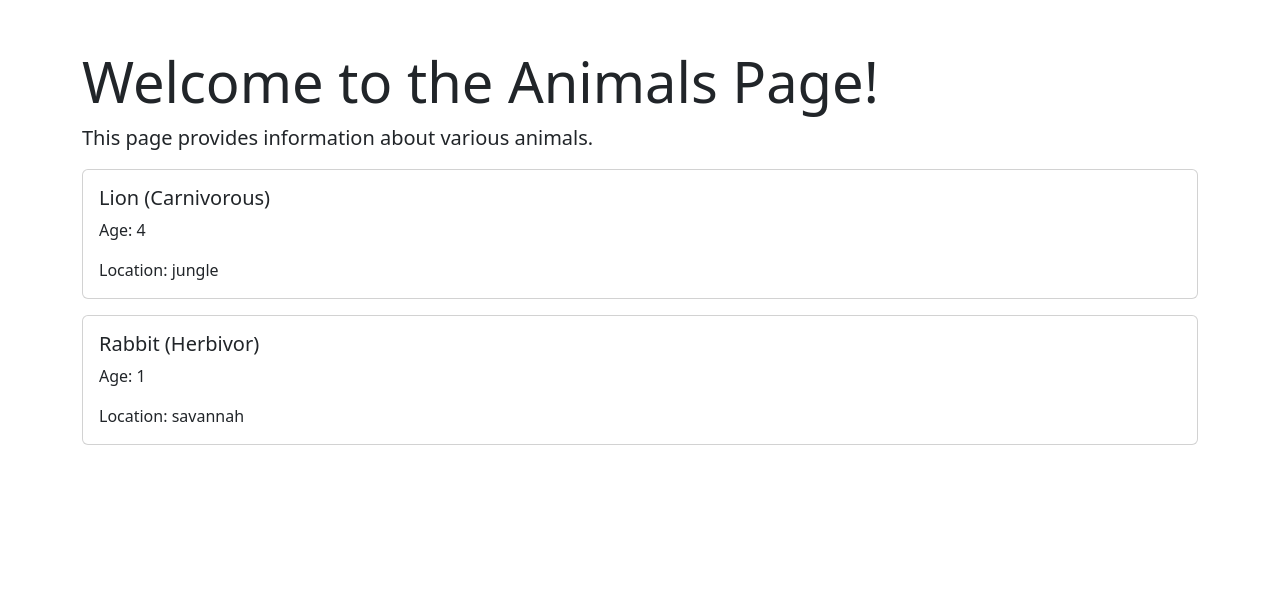
Repository: Mbote-Joseph/Django-Recap
Page: http://localhost/animals
An editor plug-in stored every save of this project. The page is shown before and after the next save, followed by the edit.
The browser window is 1280 px wide. The pictures show the whole page.
The page is served by the project's application, run on Django 5.2 (manage.py). Other server files are loaded and not shown. The page reads the database file committed with the project.

Above is the page before, as saved 2025-12-13 14:08:30.

### Test/testproject/animals/templates/animals/animals.html
{% extends "base.html" %}

{% block title %}
    <title>{{title}}</title>
{% endblock %}

{% block content %}
    <div class="container mt-5">
        <div class="jumbotron">
            <h1 class="display-4">Welcome to the Animals Page!</h1>

            <p class="lead">This page provides information about various animals.</p>
            {% for animal in animals %}
                <div class="card mb-3" >
                    <div class="card-body">
                        <h5 class="card-title">{{ animal.name }} ({{ animal.species }})</h5>
                        <p class="card-text">Age: {{ animal.age }}</p>
                        <p class="card-text">Location: {{ animal.location }}</p>
                    </div>
                </div>
            {% endfor %}
        </div>
    </div>
{% endblock %}

### Test/testproject/static/templates/base.html
{% load static %}
<!doctype html>
<html lang="en">
  <head>
    <meta charset="utf-8">
    <meta name="viewport" content="width=device-width, initial-scale=1">
    {% block title %}
    {% endblock %}
    <link href="https://cdn.jsdelivr.net/npm/bootstrap@5.3.8/dist/css/bootstrap.min.css" rel="stylesheet" integrity="sha384-sRIl4kxILFvY47J16cr9ZwB07vP4J8+LH7qKQnuqkuIAvNWLzeN8tE5YBujZqJLB" crossorigin="anonymous">
  </head>
  <body>
    {% block content %}

    {% endblock %}
    <script src="https://cdn.jsdelivr.net/npm/bootstrap@5.3.8/dist/js/bootstrap.bundle.min.js" integrity="sha384-FKyoEForCGlyvwx9Hj09JcYn3nv7wiPVlz7YYwJrWVcXK/BmnVDxM+D2scQbITxI" crossorigin="anonymous"></script>
  </body>
</html>

### Test/testproject/animals/models.py
from django.db import models

# Create your models here.

class Animal(models.Model):
    LOCATIONS = {
        ('savannah', 'Savannah'),
        ('jungle', 'Jungle'),
        ('ocean', 'Ocean'),
        ('desert', 'Desert'),
    }
    name = models.CharField(max_length=100)
    species = models.CharField(max_length=100)
    age = models.IntegerField()
    location = models.CharField(max_length=100, choices=LOCATIONS)

    def __str__(self):
        return f"{self.name} the {self.species}"

### Test/testproject/animals/views.py
from django.shortcuts import render
from django.views.generic import TemplateView, ListView

from .models import Animal
# Create your views here.

class HomeView(ListView):
    model = Animal
    context_object_name = "animals"
    template_name = "animals/animals.html"
    extra_context = {
        "title": " Animal Page"
    }

### Test/testproject/testproject/urls.py
"""
URL configuration for testproject project.

The `urlpatterns` list routes URLs to views. For more information please see:
    https://docs.djangoproject.com/en/6.0/topics/http/urls/
Examples:
Function views
    1. Add an import:  from my_app import views
    2. Add a URL to urlpatterns:  path('', views.home, name='home')
Class-based views
    1. Add an import:  from other_app.views import Home
    2. Add a URL to urlpatterns:  path('', Home.as_view(), name='home')
Including another URLconf
    1. Import the include() function: from django.urls import include, path
    2. Add a URL to urlpatterns:  path('blog/', include('blog.urls'))
"""
from django.contrib import admin
from django.urls import path, include

urlpatterns = [
    path('admin/', admin.site.urls),
    path('home', include('home.urls')),
    path('animals', include('animals.urls')),
]

### Test/testproject/home/urls.py
from django.urls import path

from .views import HomeView

urlpatterns = [
    path('', HomeView.as_view()),
]

### Test/testproject/animals/urls.py
from django.urls import path
from .views import HomeView

urlpatterns = [
    path('', HomeView.as_view()),
]

### Test/testproject/db.sqlite3 (the tables this page reads, as SQL)
CREATE TABLE "animals_animal" ("id" integer NOT NULL PRIMARY KEY AUTOINCREMENT, "name" varchar(100) NOT NULL, "species" varchar(100) NOT NULL, "age" integer NOT NULL, "location" varchar(100) NOT NULL);
INSERT INTO "animals_animal" VALUES
(1, 'Lion', 'Carnivorous', 4, 'jungle'),
(2, 'Rabbit', 'Herbivor', 1, 'savannah');

After the next save:
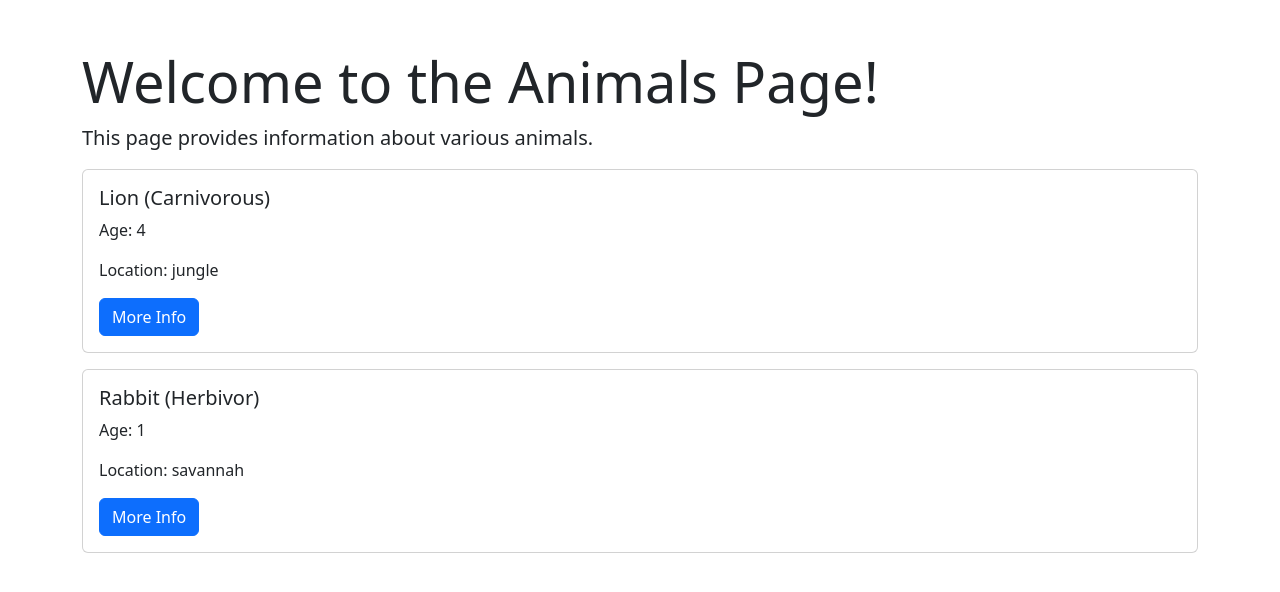
Saved 49 s later.
--- a/Test/testproject/animals/templates/animals/animals.html
+++ b/Test/testproject/animals/templates/animals/animals.html
@@ -16,6 +16,7 @@
                         <h5 class="card-title">{{ animal.name }} ({{ animal.species }})</h5>
                         <p class="card-text">Age: {{ animal.age }}</p>
                         <p class="card-text">Location: {{ animal.location }}</p>
+                        <a href="/{{animal.pk}}" class="btn btn-primary">More Info</a>
                     </div>
                 </div>
             {% endfor %}
